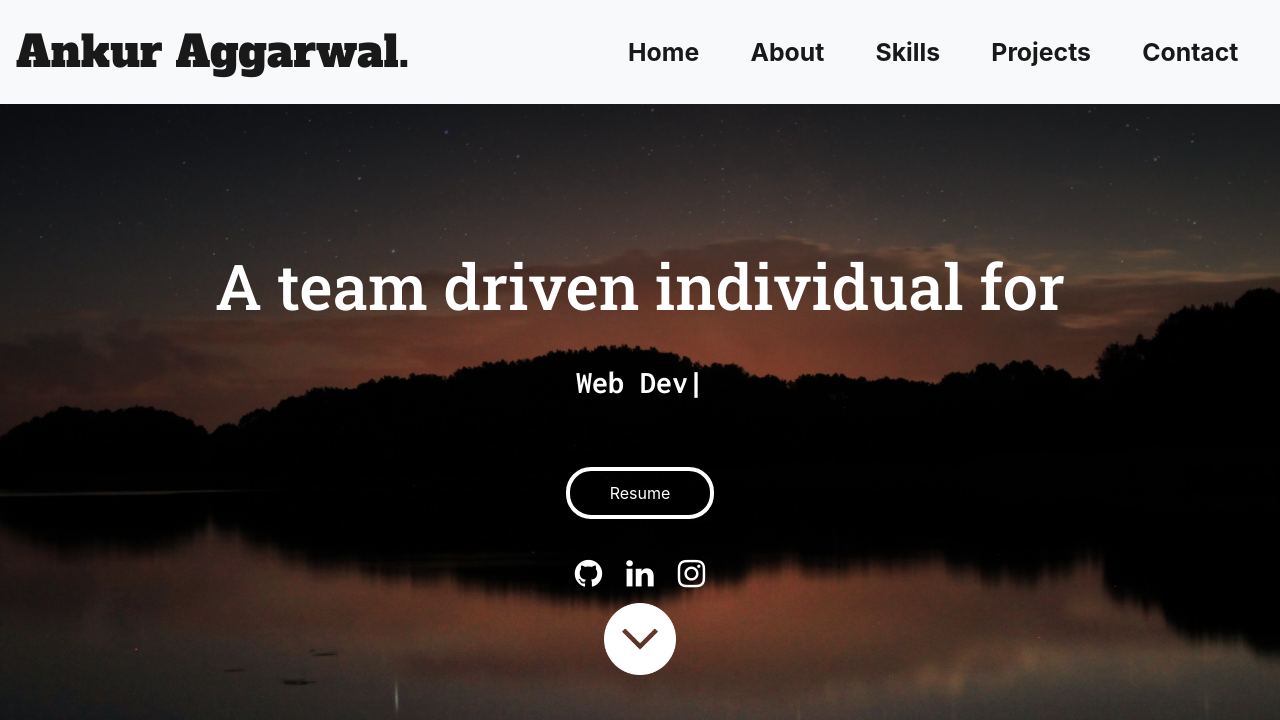
Repository: AnkurDevv/PersonalWebsite
Page: index.html
The author's editor kept a copy of each file at every save. The page is drawn from the files as they stood at one save, then again after the next save.
The browser window is 1280 px wide. The pictures show the whole page.

Above is the page before, as saved 2020-09-13 16:41:09.

### index.html
<!DOCTYPE html>
<html>

<head>
  <meta charset="utf-8">
  <meta http-equiv="X-UA-Compatible" content="IE=edge">
  <title>Ankur Aggarwal</title>
  <meta name="description" content="">
  <meta name="viewport" content="width=device-width, initial-scale=1">
  <!-- FONT AWESOME FOR SOCIAL MEDIA ICONS -->
  <link rel="stylesheet" href="https://cdnjs.cloudflare.com/ajax/libs/font-awesome/4.7.0/css/font-awesome.min.css">
  <!-- Importing Bootstrap here -->
  <link rel="stylesheet" href="https://stackpath.bootstrapcdn.com/bootstrap/4.4.1/css/bootstrap.min.css"
    integrity="sha384-Vkoo8x4CGsO3+Hhxv8T/Q5PaXtkKtu6ug5TOeNV6gBiFeWPGFN9MuhOf23Q9Ifjh" crossorigin="anonymous">
  <!--CUSTOM CSS FOR THE PAGE  -->
  <link rel="stylesheet" href="./style/index.css">
  <!-- FOR COOL ANIMATION EFFECTS -->
  <link rel="stylesheet" href="./style/animate.css">
  <!-- FOR COOL TYPING EFFECTS -->
  <script src="https://cdn.jsdelivr.net/npm/typed.js@2.0.11"></script>
  <!-- FOR GOOGLE FONTS - START -->
  <!-- for main heading -->
  <link
    href="https://fonts.googleapis.com/css2?family=Merienda:wght@700&family=Pacifico&family=Roboto&family=Roboto+Slab:wght@500&display=swap"
    rel="stylesheet">
  <!-- For Sub heading -->
  <link
    href="https://fonts.googleapis.com/css2?family=Inconsolata:wght@700&family=Merienda:wght@700&family=Pacifico&family=Roboto&family=Roboto+Slab:wght@500&display=swap"
    rel="stylesheet">
  <!-- For Navbar Logo -->
  <link href="https://fonts.googleapis.com/css2?family=Alfa+Slab+One&display=swap" rel="stylesheet">
  <!-- FOR GOOGLE FONTS - END -->
</head>

<body>
  <header>
    <nav class="navbar navbar-expand-lg navbar-light bg-light">
      <a class="navbar-brand" id="Brand-logo">Ankur Aggarwal.</a>
      <button class="navbar-toggler" type="button" data-toggle="collapse" data-target="#navbarNav"
        aria-controls="navbarNav" aria-expanded="false" aria-label="Toggle navigation">
        <span class="navbar-toggler-icon"></span>
      </button>
      <div class="collapse navbar-collapse" id="navbarNav">
        <ul class="navbar-nav">
          <li class="nav-item active">
            <a class="nav-link" href="#">Home</a>
          </li>
          <li class="nav-item active">
            <a class="nav-link" href="#">About</a>
          </li>
          <!-- <li class="nav-item active">
            <a class="nav-link" href="#">Why Me?</a>
          </li> -->
          <li class="nav-item active">
            <a class="nav-link" href="#">Skills</a>
          </li>
          <li class="nav-item active">
            <a class="nav-link" href="#">Projects</a>
          </li>
          <li class="nav-item active">
            <a class="nav-link" href="#">Contact</a>
          </li>
        </ul>
      </div>
    </nav>


    <!-- FIRST IMPRESSION SECTION - START -->
    <section class="first-impression-section">
      <div class="row first-impression-row">
        <h1 class="text-center animated fadeInDown" id="MainNameHeading">A team driven individual for
        </h1>
      </div>
      <div class="row">
        <h3 id="MainSubHeading">
          <span id="typed" style="white-space:pre;"></span>
          <!-- <span class="typed-cursor typed-cursor--blink">|</span> -->
        </h3>
      </div>

      <!-- RESUME BUTTON - START -->
      <div class="row" id="ResumeDiv">
        <a type="button" href="https://drive.google.com/file/d/129eEq26ATzqey1-hpHnRXs40bzbBVkSX/view?usp=sharing"
          target="blank" class="btn btn-primary" id="ResumeBtn">Resume</a>
      </div>
      <!-- RESUME BUTTON - END -->

      <!-- SOCIAL LINKS -->
      <div class="socialLinksDiv">
        <!-- github link -->
        <a href="https://github.com/AnkurDevv" target="blank" class="social-link"><i
            class="fa fa-github fa-2x text-white"></i></a>
        <!-- linkedin link -->
        <a href="https://www.linkedin.com/in/ankur-aggarwal2112/" target="blank" class="social-link"><i
            class="fa fa-linkedin fa-2x text-white"></i></a>
        <!-- instagram link -->
        <a href="https://www.instagram.com/ankur_2112/?hl=en" target="blank" class="social-link"><i
            class="fa fa-instagram fa-2x text-white"></i></a>
      </div>

      <!-- SCROLL DOWN INDICATOR -->
      <div class="scrollDownDiv">
        <a href="">
          <img src="images/downward Arrow.png" alt="" id="scroll-down-arrow">
        </a>
      </div>
    </section>
    <!-- FIRST IMPRESSION SECTION - END -->


  </header>

  <script>
    // JS FOR COOL TYPING EFFECT USING TYPE.JS -  START
    var options = {
      strings: ['Web Development.', 'Software Engineering.', 'Product Development.'],
      typeSpeed: 100,
      loop: true,
      backDelay: 800,
      backSpeed: 80,
      startDelay: 1000,
    };
    var typed = new Typed('#typed', options);
// JS FOR COOL TYPING EFFECT USING TYPE.JS -  END
  </script>

  <!-- NECESSARY JS FOR BOOTSTRAP - START -->
  <script src="https://code.jquery.com/jquery-3.4.1.slim.min.js"
    integrity="sha384-J6qa4849blE2+poT4WnyKhv5vZF5SrPo0iEjwBvKU7imGFAV0wwj1yYfoRSJoZ+n"
    crossorigin="anonymous"></script>
  <script src="https://cdn.jsdelivr.net/npm/popper.js@1.16.0/dist/umd/popper.min.js"
    integrity="sha384-Q6E9RHvbIyZFJoft+2mJbHaEWldlvI9IOYy5n3zV9zzTtmI3UksdQRVvoxMfooAo"
    crossorigin="anonymous"></script>
  <script src="https://stackpath.bootstrapcdn.com/bootstrap/4.4.1/js/bootstrap.min.js"
    integrity="sha384-wfSDF2E50Y2D1uUdj0O3uMBJnjuUD4Ih7YwaYd1iqfktj0Uod8GCExl3Og8ifwB6"
    crossorigin="anonymous"></script>
  <!-- NECESSARY JS FOR BOOTSTRAP - END -->

  <!-- ADDING JQUERY - START -->
  <script src="https://ajax.googleapis.com/ajax/libs/jquery/3.5.1/jquery.min.js"></script>
  <!-- ADDING JQUERY - END -->

  <!-- CUSTOM JS FOR THE PAGE - START  -->
  <script src="index.js"></script>
  <!-- CUSTOM JS FOR THE PAGE - END  -->
</body>

</html>

### style/index.css
body{
  margin-left: 0;
  margin-right: 0;
}

/* NAVBAR CSS - START */

#Brand-logo{
  font-family: 'Alfa Slab One', cursive;
  font-size: 270%;
}

.navbar-nav{
  margin-left: auto;
}

.nav-link{
  font-size: 155%;
  font-weight: 700;
  padding: 2vw!important;
}

@media only screen and (max-width: 992px) {
  .nav-link{
    text-align: center;
  }
}

@media only screen and (max-width: 600px) {

  #Brand-logo{
    font-size: 140%;
  }

  .navbar-nav{
    height: 100vh;
  }

  .nav-link{
    margin: 5vh auto;
  }

}

/* NAVBAR CSS - END */

/* FIRST IMPRESSION SECTION CSS - START */
header{
  height: 100vh; /* Takes 100% of the screen size */
  background: linear-gradient(rgba(0, 0, 0, 0.9), rgba(0, 0, 0, 0)), url(../images/sunset_skyline_lake_reflection_114025_1920x1080.jpg)no-repeat center center fixed;
  background-position: center;
  overflow: hidden;
  backdrop-filter: blur(10px);
}

#MainNameHeading{
  margin: 0 auto;
  margin-top: 20vh;
  font-size: 395%;
  color: white;
  font-family: 'Roboto Slab', serif;
  padding-bottom: 3%;
}

#MainSubHeading{
  margin: 0 auto;
  color: white;
  text-align: -webkit-center;
  font-family: 'Inconsolata', monospace;
  font-size: xx-large;
}

#ResumeBtn{
  -webkit-appearance: button;
  -moz-appearance: button;
  appearance: button;
  margin: 5% auto;
  margin-bottom: 2%;
  padding: 10px 3%;
  background-color: transparent;
  border: 4px solid white;
  border-radius: 25px;
}

#ResumeBtn:hover{
  background-color: white;
  color: black;
  font-weight: 700;
  font-size: 130%;
}

.socialLinksDiv{
  display: flex;
  justify-content: center;
}

.social-link{
  margin: 12px;
}

.scrollDownDiv{
  display: flex;
  justify-content: center;
}

#scroll-down-arrow{
  max-width: 10vh;
}

@media only screen and (max-width: 600px) {
  #MainNameHeading{
    font-size: 300%;
    margin-top: 13vh;
  }
  #MainSubHeading{
    font-size: x-large;
  }
}
/* FIRST IMPRESSION SECTION CSS - ENDS */

### index.js
// CHANGING NAVBAR COLOR WHEN A USER HOVERS OVER A LINK
$(document).ready(function () {

  // makes nav transparent when user hovers on a link
  $(".nav-link").hover(function () {
    $('.navbar').addClass('bg-dark').removeClass('bg-light');
    $('#Brand-logo').css("color", "white");
    $('.nav-link').css("color", "white");
    $('.navbar-toggler').css("color", "white");
  });

  // makes nav non-transparent when user hovers on a link
  $(".navbar").mouseleave(function () {
    $('.navbar').addClass('bg-light').removeClass('bg-dark');
    $('#Brand-logo').css("color", "black");
    $('.nav-link').css("color", "black");
    $('.navbar-toggler').css("color", "black");
  });

});

Loaded but not shown: style/animate.css (library)

After the next save:
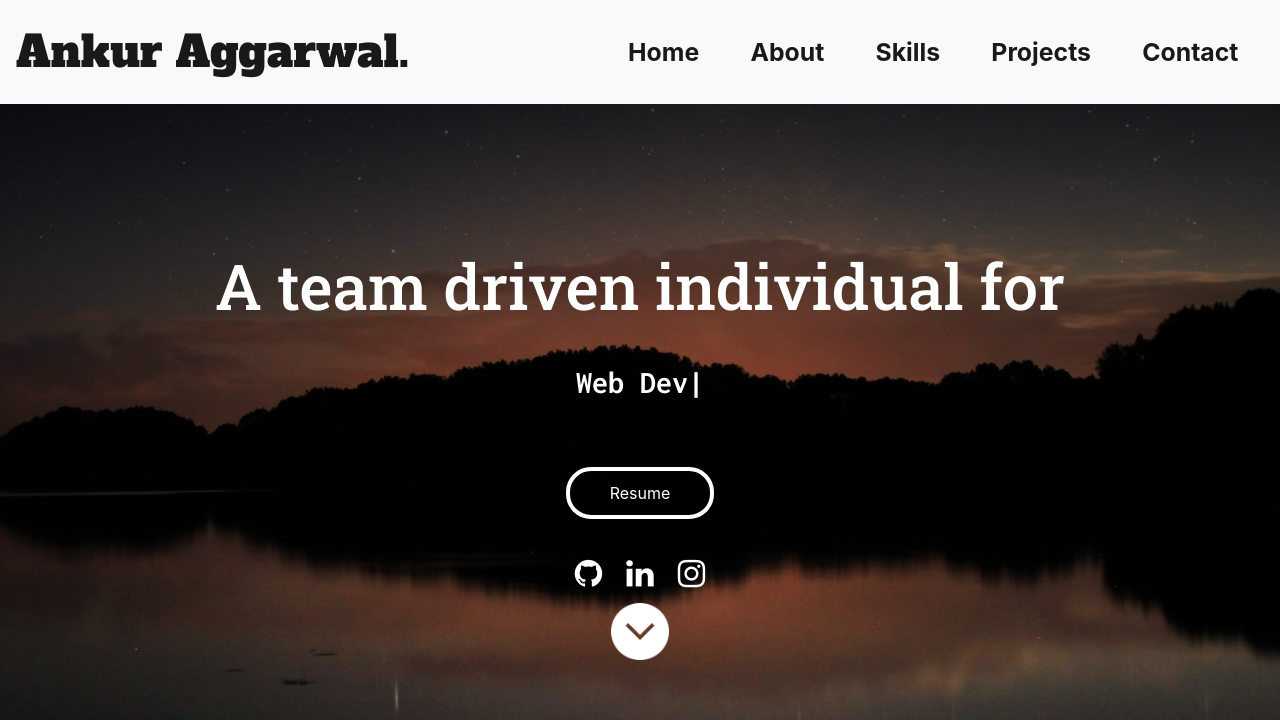
Saved 73 s later.
--- a/style/index.css
+++ b/style/index.css
@@ -104,7 +104,7 @@ header{
 }
 
 #scroll-down-arrow{
-  max-width: 10vh;
+  max-width: 8vh;
 }
 
 @media only screen and (max-width: 600px) {
